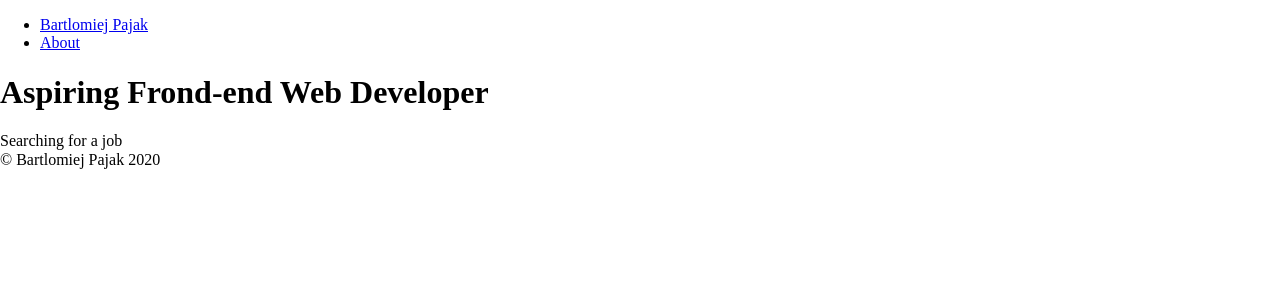
Repository: spidero7/personal-site
Page: index.html
An editor plug-in stored every save of this project. The page is shown before and after a run of saves, followed by the edit.
The browser window is 1280 px wide. The pictures show the whole page.
Some web fonts or font styles are not loaded; a fallback is used.

Above is the page before, as saved 2020-04-15 21:55:28.

### index.html
<!DOCTYPE html>
<html>

    <head>
        <meta charset="utf-8">
        <title>Bartlomiej Pajak</title>
        <meta name="viewport" content="width=device-width, initial-scale=1">
        <link rel="stylesheet" href="css/normalize.css">
        <link href="https://fonts.googleapis.com/css2?family=Domine&display=swap" rel="stylesheet">
        <link rel="stylesheet" href="css/style.css">
    </head>

    <body>

        <div>
            <header>
                <nav>
                    <ul>
                        <li><a href="#">Bartlomiej Pajak</a></li>
                        <li><a href="#">About</a></li>
                    </ul>
                </nav>
            </header>
        </div>

        <div>

            <h1>Aspiring Frond-end Web Developer</h1>
            <span>Searching for a job</span>

        </div>


        <footer>&copy; Bartlomiej Pajak 2020</footer>

    </body>
</html>

### css/style.css
/* =================================
  Base Element Styles
==================================== */

* {
    box-sizing: border-box;
}

body {
    font-family: 'Domine', serif;
}

Loaded but not shown: css/normalize.css (library)

After the next 2 saves:
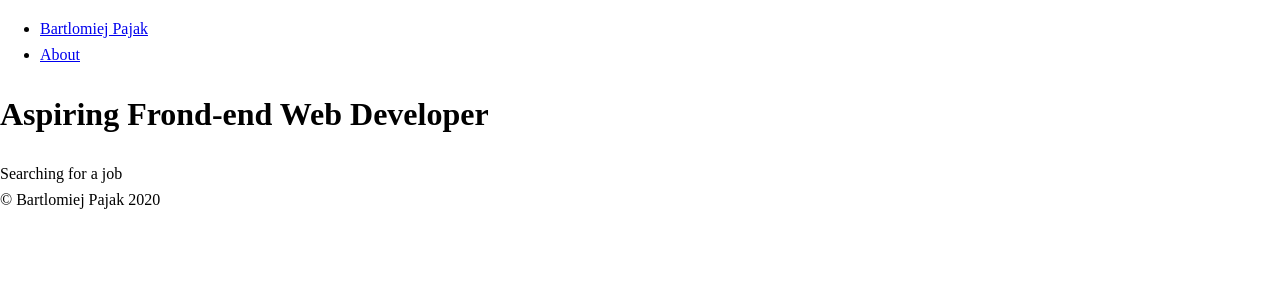
The 2 saves are shown as one change because they came seconds apart.
The last was saved 88 s later.
--- a/css/style.css
+++ b/css/style.css
@@ -8,4 +8,6 @@
 
 body {
     font-family: 'Domine', serif;
+    line-height: 1.6;
+
 }
